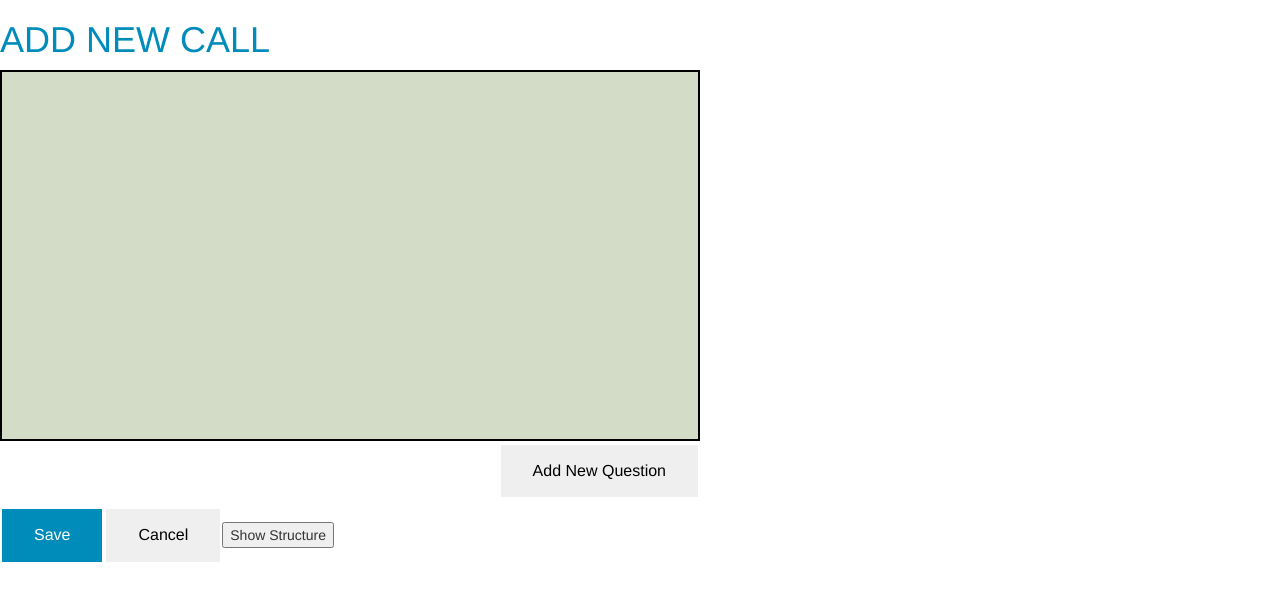
Repository: useforprashant/assignment
Page: http://localhost/springProject/home
The author's editor kept a copy of each file at every save. The page is drawn from the files as they stood at one save, then again after the next save.
The browser window is 1280 px wide. The pictures show the whole page.
Some web libraries are served in a nearby version. The page is served by Tomcat 9. Other server files are loaded and not shown.

Above is the page before, as saved 2017-08-17 07:36:47.

### AugustDemo/springProject/src/main/webapp/WEB-INF/pages/home.jsp
<%@ page language="java" contentType="text/html; charset=ISO-8859-1"
    pageEncoding="ISO-8859-1"%>
<!DOCTYPE html PUBLIC "-//W3C//DTD HTML 4.01 Transitional//EN" "http://www.w3.org/TR/html4/loose.dtd">
<html>
<head>
<meta http-equiv="Content-Type" content="text/html; charset=ISO-8859-1">
<title>Assignment</title>

<script src="http://code.jquery.com/jquery-1.11.0.min.js"></script>
 <link rel="stylesheet" href="https://maxcdn.bootstrapcdn.com/bootstrap/3.3.7/css/bootstrap.min.css">
  <script src="https://ajax.googleapis.com/ajax/libs/jquery/3.2.1/jquery.min.js"></script>
  <script src="https://maxcdn.bootstrapcdn.com/bootstrap/3.3.7/js/bootstrap.min.js"></script>
<script>

var count =1;

$(document).ready(function() {

	//$('#showTree').hide();
	$('#treeView').hide();

	  $('.button_add_new_ques').click(function() {
		  $('#inner-rightTree').empty();
		  $('#treeView').empty();
		  $('#treeView').hide();
		  idd=count;
	    $('#inner-right').append($('<div class="inner_d" id="inner_div_'+count+'"></div>')).append(('<input type="text" style="padding-top: 10px;	border-radius: 10px; margin-bottom: 5px;" size="50" value="" class"assn" name="q_'+idd+'" id="q_'+idd+'">'),$('<select onchange="cq(this.value,this.id)" type="select"  id="dd_'+idd+'">').append('<option value="">'+'Select Choice</option>', '<option value="1">'+'Single Choice</option>','<option value="2">'+'Multiple Choice</option>' ,'<option value="3">'+'Multi-Line Text</option>'));
	    count++;
	    return false;
	  });

	  $(document).on('click', '.person', function() {
	    $(this).children('p').toggle('slow');
	  });

	   $('#save').click(function(){
		   var datastring = $("#myFm").serialize();
		/*    var idNdVal = datastring.split("&");
		  var sl = idNdVal.length;
		  jsonObj = [];
		  for(i=0;i<sl;i++){
			  var idvl= idNdVal[i].split("=");

			  var id = idvl[0];
		        var val1 = idvl[1];
			      item = {}
		        item ["id"] = id;
		        item ["value"] = val1;

		        jsonObj.push(item);

		  } */
	     $.ajax({
               type: "POST",
               url: "saveValue",
               data: {
            	   datastring : datastring
               },

               success: function(data) {
                    alert(data);
                    if(data == "data inserted successfully"){
               	     $('#inner-right').empty();
               	  $('#showTree').show();
               		  }
               }
           });

	  });

	  $('#showTree').click(function(){
		  $('#treeView').show();
		  $('#inner-rightTree').empty();
		  $('#treeView').show();
		  $.ajax({
              type: "GET",
              url: "getValues",

              success: function(data) {
            	var totalObject = data.split('N');
            	var lngth = parseInt(totalObject.length)-1;
            	countout=0;
            	countin = 0;
                  for(i=0; i<lngth;i++){
                	  var obj = totalObject[i];
                	  var values = obj.split('and');
                	  var idSplit = values[0].split('_');
                	  var clsID = values[0].split(':');
                	  var ids = values[0].split(':');

                	  if(idSplit.length == 2){
                		  countout++;
                		 var val1 = values[1].split(':');
                		  $('#inner-rightTree').append('<ul id="ul_'+countout+'"> <button type="button" id="cul_'+countout+'" class="minus btn btn-info" data-toggle="collapse" data-target=".ul_'+countout+'">-</button><button type="button" id="eul_'+countout+'" class="btn btn-info plus" data-toggle="collapse" data-target=".ul_'+countout+'">+</button><span class="tab">'+val1[1]+'</span></ul>');
                	  }
                	  else{
                		  var type = values[2].split(':');
                		  var x = type[1];
                		  var cls = "u_"+idSplit[1];
                		  if(x == 1){
                			 ct = countout;
                			 countout++;
                			  var val1 = values[1].split(':');
                			$("#ul_"+ct).append('<ul class="ul_'+ct+'" id="ul_'+countout+'"><button type="button" id="cul_'+countout+'" class="btn btn-info minus" data-toggle="collapse" data-target=".ul_'+countout+'">-</button><button type="button" id="eul_'+countout+'" class="btn btn-info plus" data-toggle="collapse" data-target=".ul_'+countout+'">+</button> <span class="tab">'+val1[1]+'</span></ul>');

                		  }
                		  else{
                		  var val1 = values[1].split(':');
                		  $("#ul_"+countout).append('<li class="ul_'+countout+'"><span class="tab">'+val1[1]+'</span></li>');

                		  }
                		  }
                	  $('.plus').hide();
                	  $('.plus').each(function(){
                		  var bId = $(this).attr('id');
                		  $('#'+bId).click();
                	  });


                	  $('.btn').click(function(){
             			var bId = $(this).attr('id');
                		var typ = bId.charAt(0);
                		if(typ == 'c'){
                			$('#'+bId).hide();
                			var newId = bId.replace('c','e');
                			$('#'+newId).show();
                		}

                		if(typ == 'e'){
                			$('#'+bId).hide();
                			var newId = bId.replace('e','c');
                			$('#'+newId).show();
                		}
             		  });
                  }

              }
          });

	  });

	   /*  $("form").submit(function() {
	    	alert('save');
		   var urlVal = document.forms["myFm"].submit();
			alert(urlVal);
		  return false;
	    });
 */

 $('#cancel').click(function(){
	 if (confirm("Are you sure for cancel this survey without save?"))
		{
		 $('#inner-right').empty();
		}

 });

});

function sq(val,id){
	var idd1 = id.split('_');
	var idd2 = idd1[1];
	var idd = id.substring(3);
	/*  $('#inner_div_'+idd2+'').append($('<div class="inner_d" id="inner_div_'+count+'"></div>')).append(('<input type="text" style="padding-top: 10px;	border-radius: 10px; margin-bottom: 5px;" size="50" value="" name="q_'+idd+'" id="q_'+idd+'">'),$('<select onchange="cq(this.value,this.id)" type="select"  id="dd_'+idd+'">').append( '<option value="1">'+'Single Choice</option>','<option value="2">'+'Multiple Choice</option>' ,'<option value="3">'+'Multi-Line Text</option>')); */
	 $('#'+id).after(('<input type="text" style="padding-top: 10px;	border-radius: 10px; margin-bottom: 5px; margin-left: 5px;" size="50" value="" class"assn" name="q_'+idd+'" id="q_'+idd+'_1">'),$('<select onchange="cq(this.value,this.id)" type="select"  id="dd_'+idd+'">').append( '<option value="">'+'Select Choice</option>','<option value="1">'+'Single Choice</option>','<option value="2">'+'Multiple Choice</option>' ,'<option value="3">'+'Multi-Line Text</option>'));

	    return false;

}

function cq(val,id){

	var idd = id.substring(3);

	if(val==1){
		$('#'+id).after(('<input type="text" style="padding-top: 10px;	border-radius: 10px; margin-bottom: 5px; margin-left: 5px;" size="50" value="" class="assn" name="a_'+idd+'_1" id="a_'+idd+'_1">'),$('<button onclick="sq(this.value,this.id)" type="button" class="button_add_sub_ques"  id="sq_'+idd+'_1">Add Sub Question</button>'));
}
	if(val==2){
		$('#'+id).after('<input type="text" style="padding-top: 10px;	border-radius: 10px; margin-bottom: 5px; margin-left: 5px;" size="50" value="" class="assn" name="a_'+idd+'_5" id="a_'+idd+'_5">');
		$('#'+id).after('<input type="text" style="padding-top: 10px;	border-radius: 10px; margin-bottom: 5px; margin-left: 5px;" size="50" value="" class="assn" name="a_'+idd+'_4" id="a_'+idd+'_4">');
		$('#'+id).after('<input type="text" style="padding-top: 10px;	border-radius: 10px; margin-bottom: 5px; margin-left: 5px;" size="50" value="" class="assn" name="a_'+idd+'_3" id="a_'+idd+'_3">');
		$('#'+id).after('<input type="text" style="padding-top: 10px;	border-radius: 10px; margin-bottom: 5px; margin-left: 5px;" size="50" value="" class="assn" name="a_'+idd+'_2" id="a_'+idd+'_2">');
		$('#'+id).after('<input type="text" style="padding-top: 10px;	border-radius: 10px; margin-bottom: 5px; margin-left: 5px;" size="50" value="" class="assn" name="a_'+idd+'_1" id="a_'+idd+'_1">');
	}
	if(val==3){
		$('#'+id).after(('<textarea style="padding-top: 10px;	border-radius: 10px; margin-bottom: 5px; margin-left: 5px; width: 438px;" value="" class="assn" name="a_'+idd+'_1" id="a_'+idd+'_1">'));
	}

}
function createJSON() {
	  jsonObj = [];
    $("input[class=assn]").each(function() {
    	alert("Json");

        var id = $(this).attr("title");
        var assn = $(this).val();

        item = {}
        item ["title"] = id;
        item ["value"] = assn;

        jsonObj.push(item);

    });

    console.log(jsonObj);
}


</script>
<style>

li {
  padding-left: 2em;
  list-style-type:none;
}
h1 {
    orphans: 3;
    widows: 3;
  color: #008CBA;
  }

  html, body {
    height: 90%;
}

.inner_d{
 margin-left: 20px;
}

#wrapper {
    height: 100%;
    display: table;
    width: 700px;
}
#header, #footer {
    display: table-row;
    height: 20px;
}
#body {
    height: 70%;
    display: table-row;
    background: rgba(211, 220, 198, 1);
}
#left-col, #right-col {
    display: inline-block;
    width: 100%;
    height: 100%;
    max-height: 100%;
    margin-right: 20px;
    border: 2px black solid;
    vertical-align: top;
    overflow: hidden;
}
#inner-right {
    height: 500%;
    max-height: 500px;
    overflow-y: scroll;
    background: rgba(211, 220, 198, 1);
}

.button_save {
    background-color: #008CBA;
    border: none;
    color: white;
    padding: 15px 32px;
    text-align: center;
    text-decoration: none;
    display: inline-block;
    font-size: 16px;
    margin: 4px 2px;
    cursor: pointer;
}

.button_cancel {
   /*  background-color: #008CBA; */
    border: none;
    color: black;
    padding: 15px 32px;
    text-align: center;
    text-decoration: none;
    display: inline-block;
    font-size: 16px;
    margin: 4px 2px;
    cursor: pointer;
}

.button_add_new_ques {
   /*  background-color: #008CBA; */
    border: none;
    color: black;
    padding: 15px 32px;
    text-align: center;
    text-decoration: none;
    display: inline-block;
    font-size: 16px;
    margin: 4px 2px;
    cursor: pointer;
}

.button_add_sub_ques {
    background: rgba(211, 220, 198, 1);
    border: none;
    color: black;
    padding: 15px 32px;
    text-align: center;
    text-decoration: none;
    display: inline-block;
    font-size: 16px;
    margin: 4px 2px;
    cursor: pointer;
}

#wrapperTree {
    height: 100%;
    display: table;
    width: 700px;
}
#headerTree, #footerTree {
    display: table-row;
    height: 20px;
}
#bodyTree {
    height: 70%;
    display: table-row;
    background: rgba(211, 220, 198, 1);
}
#left-colTree, #right-colTree {
    display: inline-block;
    width: 100%;
    height: 100%;
    max-height: 100%;
    margin-right: 20px;
    border: 2px black solid;
    vertical-align: top;
    overflow: hidden;
}
#inner-rightTree {
    height: 100%;
    max-height: 700px;
    overflow-y: scroll;
    background: rgba(211, 220, 198, 1);
}

.button_ok {
    background-color: #008CBA;
    border: none;
    color: white;
    padding: 15px 32px;
    text-align: center;
    text-decoration: none;
    display: inline-block;
    font-size: 16px;
    margin: 4px 2px;
    cursor: pointer;
}
</style>
</head>
<body>
<form style="height: 500px;" id="myFm" name="myForm"  action="">
<h1>ADD NEW CALL</h1>

<div id="wrapper">

    <div id="body">

        <div id="right-col">

            <div id="inner-right">


              </div>
        </div>
    </div>
    <div id="footer">
<button type="button" style="float: right;"  class="button_add_new_ques">Add New Question</button>
</div>
    <div id="footer">


<button type="button" id="save" class="button_save">Save</button>
<!-- <input type="submit" class="button_save" value="save"  /> -->
<button type="button" id="cancel" class="button_cancel">Cancel</button>

<button type="button" id="showTree" class="show_tree">Show Structure</button>
</div>
</div>

</form>

<br><br><br>
<div id="treeView">
<form style="height: 700px;" id="myFm1" name="myForm1"  action="">
<h1>Tree View</h1>

<div id="wrapperTree">

    <div id="bodyTree">

        <div id="right-colTree">

            <div id="inner-rightTree">


              </div>
        </div>
    </div>
    <div id="footerTree">
<button type="button" style="float: right;"  class="button_ok">OK</button>
</div>

</div>

</form>
</div>
</body>
</html>

After the next save:
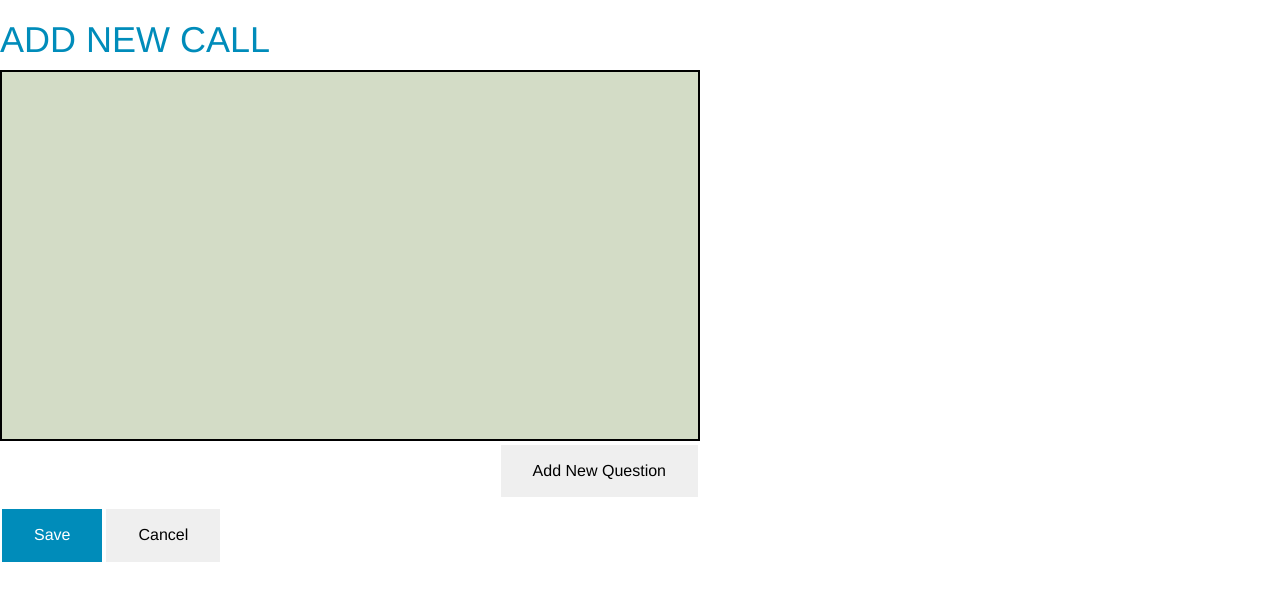
Saved 5 s later.
--- a/AugustDemo/springProject/src/main/webapp/WEB-INF/pages/home.jsp
+++ b/AugustDemo/springProject/src/main/webapp/WEB-INF/pages/home.jsp
@@ -16,7 +16,7 @@ var count =1;
 
 $(document).ready(function() {
 
-	//$('#showTree').hide();
+	$('#showTree').hide();
 	$('#treeView').hide();
 
 	  $('.button_add_new_ques').click(function() {
